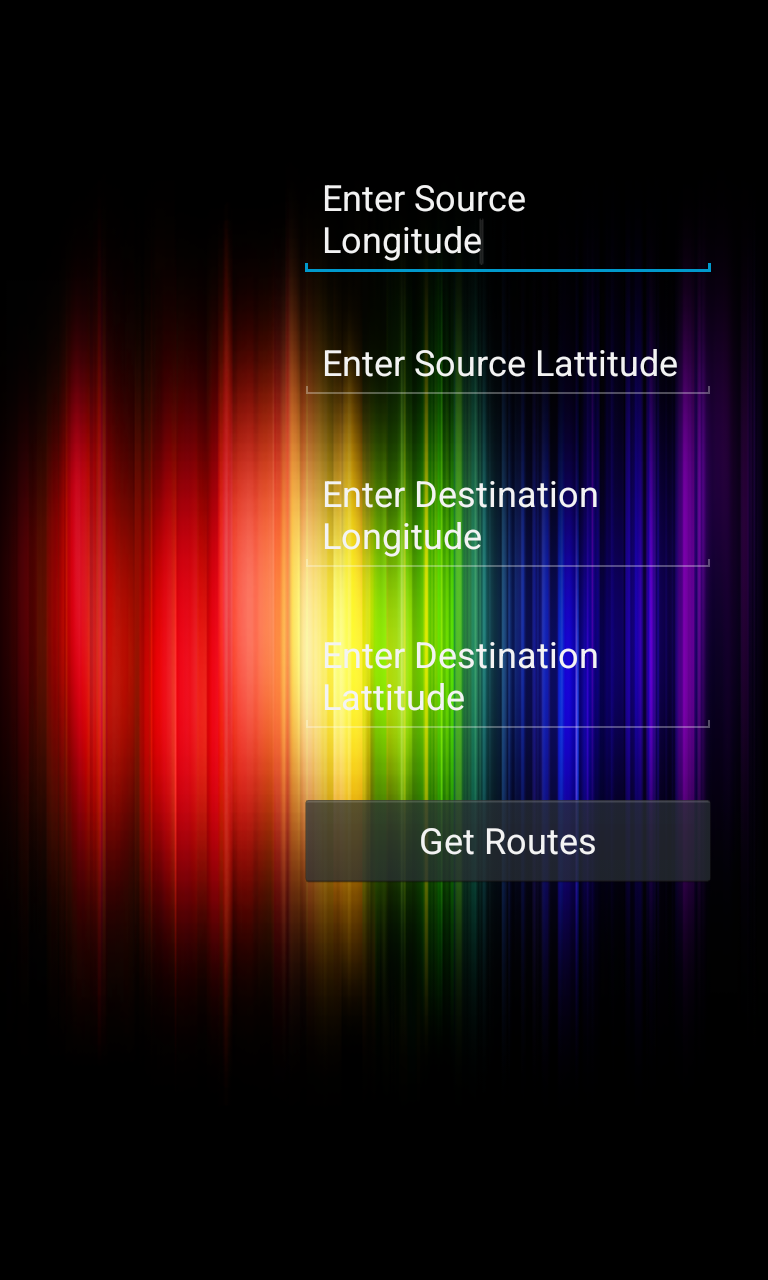
Repository: pratiksanglikar/Mobile-Based-Intelligent-Transport-System
Layout: BEProjectAndroidUI/BEProject/res/layout/activity_source_destination.xml
These files come from the project's save history. The layout is drawn as it stood at one moment and after the next save; the edit follows.
It is drawn on a 768 x 1280 px phone screen (xhdpi) without system bars, with theme FullscreenTheme; the app's code is not run.

Above is the layout before, as saved 2013-01-07 14:37:06.

After the next save:
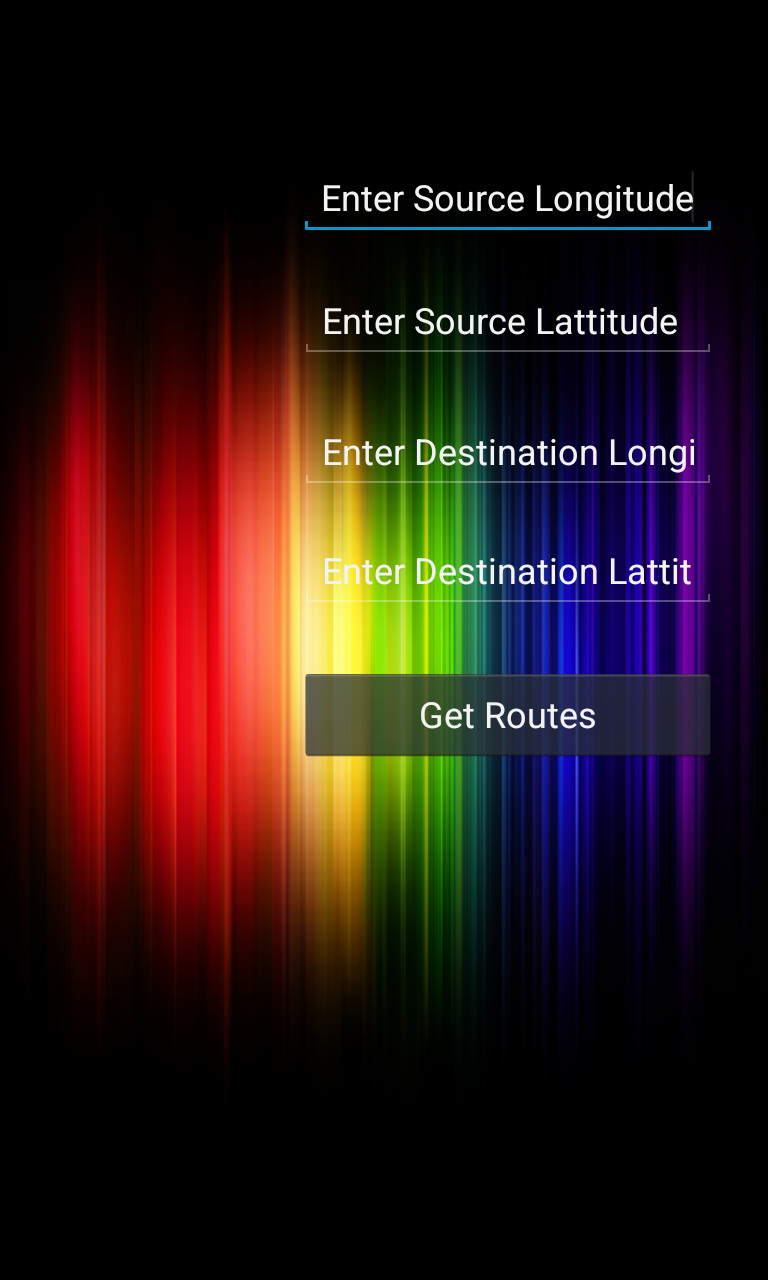
Saved 41 s later.
--- a/BEProjectAndroidUI/BEProject/res/layout/activity_source_destination.xml
+++ b/BEProjectAndroidUI/BEProject/res/layout/activity_source_destination.xml
@@ -30,7 +30,8 @@
             android:layout_below="@+id/editText_source"
             android:layout_marginTop="22dp"
             android:ems="10"
-            android:text="@string/prompt_source_lattitude" />
+            android:text="@string/prompt_source_lattitude"
+            android:inputType="numberDecimal"/>
 
         <AutoCompleteTextView
             android:id="@+id/editText_source"
@@ -41,7 +42,8 @@
             android:layout_marginRight="25dp"
             android:layout_marginTop="79dp"
             android:ems="10"
-            android:text="@string/prompt_source_longitude" >
+            android:text="@string/prompt_source_longitude"
+            android:inputType="numberDecimal">
 
             <requestFocus />
 
@@ -55,7 +57,8 @@
             android:layout_below="@+id/editText_destination"
             android:layout_marginTop="26dp"
             android:ems="10"
-            android:text="@string/Prompt_Destination_long" />
+            android:text="@string/Prompt_Destination_long"
+            android:inputType="numberDecimal"/>
 
         <AutoCompleteTextView
             android:id="@+id/AutoCompleteTextView01"
@@ -65,7 +68,8 @@
             android:layout_below="@+id/AutoCompleteTextView02"
             android:layout_marginTop="20dp"
             android:ems="10"
-            android:text="@string/Prompt_Destination_lattitude" >
+            android:text="@string/Prompt_Destination_lattitude"
+            android:inputType="numberDecimal">
         </AutoCompleteTextView>
 
         <Button
